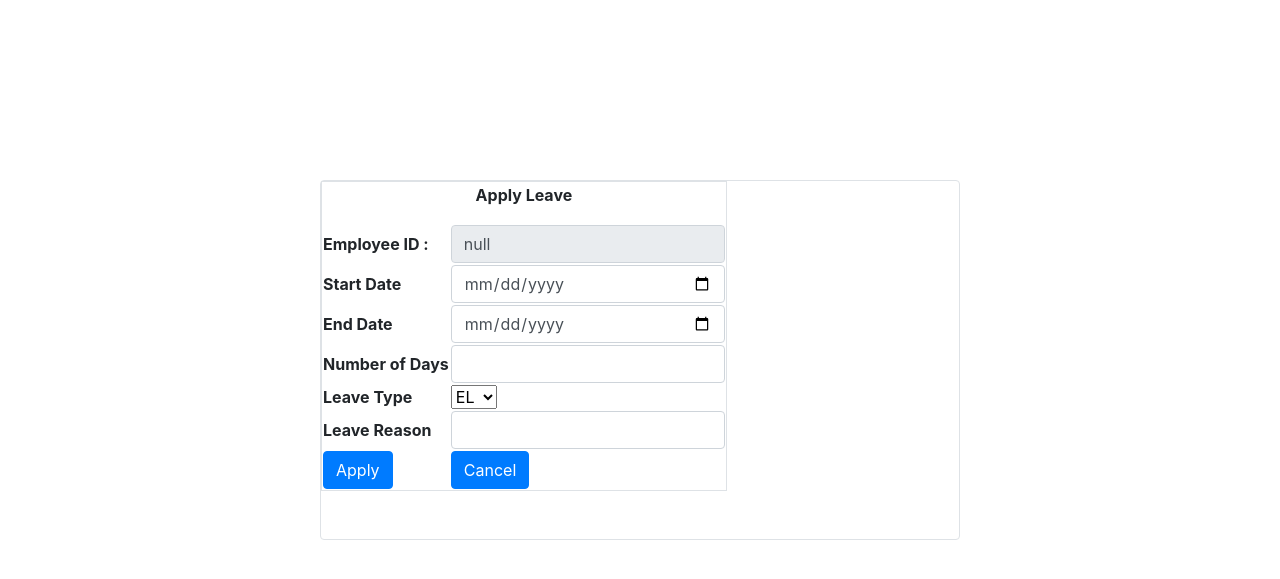
Repository: rkmr039/EMS_PROJECT
Page: http://localhost/EMS/ApplyLeaves.jsp
An editor plug-in stored every save of this project. The page is shown before and after the next save, followed by the edit.
The browser window is 1280 px wide. The pictures show the whole page.
The page is served by Tomcat 9. Other server files are loaded and not shown.

Above is the page before, as saved 2019-08-30 07:24:53.
Console error: TypeError: Cannot read properties of undefined (reading 'fn')

### EMS/WebContent/ApplyLeaves.jsp
<%@page import="com.hcl.ems.LeaveTypes"%>
<%@page import="java.text.DateFormat"%>
<%@page import="java.text.SimpleDateFormat"%>
<%@page import="java.util.Date"%>
<%@ page language="java" contentType="text/html; charset=ISO-8859-1"
    pageEncoding="ISO-8859-1"%>
<!DOCTYPE html PUBLIC "-//W3C//DTD HTML 4.01 Transitional//EN" "http://www.w3.org/TR/html4/loose.dtd">
<html>
<head>
<link rel="stylesheet" href="https://stackpath.bootstrapcdn.com/bootstrap/4.3.1/css/bootstrap.min.css" integrity="sha384-ggOyR0iXCbMQv3Xipma34MD+dH/1fQ784/j6cY/iJTQUOhcWr7x9JvoRxT2MZw1T" crossorigin="anonymous">
<script src="https://stackpath.bootstrapcdn.com/bootstrap/4.3.1/js/bootstrap.min.js" integrity="sha384-JjSmVgyd0p3pXB1rRibZUAYoIIy6OrQ6VrjIEaFf/nJGzIxFDsf4x0xIM+B07jRM" crossorigin="anonymous"></script>
<script >
function setEndDate(e){
	 var eDate = e.target.value;
	 eDateInput.min = eDate;
	}
function setNoDays(e){
	var d1 = eDateInput.value;
	var date1 = new Date(d1);
	var d2 = sDateInput.value;
	var date2 = new Date(d2);
	   var oneDay = 24 * 60 * 60 * 1000; // hours*minutes*seconds*milliseconds
       var diffDays = Math.abs((date1.getTime() - date2.getTime()) / (oneDay));
       // alert(diffDays);
      document.getElementById("noDays").value = diffDays+1;
}
</script>
<style>
#mainDiv{
	top:0;
	bottom:0;
	right:0;
	left:0;
	margin:auto;
	position:absolute;
}
</style>
<meta http-equiv="Content-Type" content="text/html; charset=ISO-8859-1">
<title>Apply leave | EMS</title>
</head>
<body>

	<div class="container border rounded w-50 h-50" id="mainDiv">
	<div class="row">


	<form method="get" action="Apply.jsp">

	<table class="border">
		<tr style="text-align:center">
			<th colspan="2"><p id="page">Apply Leave</p></th>
		</tr>
		<tr class="form-froup">
			<th>Employee ID :<th>
			<input type="text" readonly="readonly" class="form-control" value=<%=session.getAttribute("EMP_ID") %> name="empId"/>
		</tr>
	<%
		Date d = new Date();
		SimpleDateFormat sdf=new SimpleDateFormat("yyyy-MM-dd");
		String sDate = sdf.format(d);

	%>
		<tr class="form-froup">
			<th >Start Date</th>
			<td>
				<input type='date' name="startDate" class="form-control" id="sDateInput" min=<%=sDate%> required onchange="setEndDate(event);" />
            </td>
		</tr>
		<tr class="form-froup">
			<th>End Date</th>
			<td>
				<input type='date' name="endDate" class="form-control" id="eDateInput" required onchange="setNoDays(event);" />
            </td>
		</tr>

		<tr class="form-froup">
			<th>Number of Days</th>
			<td>
				<input type="text" name="noDays" class="form-control" id="noDays" required/>
			</td>
		</tr>
		<tr class="form-froup">

			<th>Leave Type</th>
			<td>
				<select name="type">
					<%
						int len = LeaveTypes.values().length;
						LeaveTypes[] ls = LeaveTypes.values();
						for(LeaveTypes type: ls) {
							out.println("<option class='form-control'>" + type.toString()+"</option>");
						}
					%>
				</select>
			</td>
		</tr>
		<tr class="form-froup">
			<th>Leave Reason</th>
			<td>
				<input type="text" class="form-control" name="reason"/ required>
			</td>
		</tr>
		<tr class="form-froup">
			<td><input class="btn btn-primary" type="submit" value="Apply" name="apply"/></td>
			<td><input class="btn btn-primary" type="reset" onClick="javascript:window.location.href='dashboard.jsp'" value="Cancel" name="cancel"/></td>
		</tr>
	</table>
	</form>
	</div>
	</div>

<script src="https://code.jquery.com/jquery-3.3.1.slim.min.js" integrity="sha384-q8i/X+965DzO0rT7abK41JStQIAqVgRVzpbzo5smXKp4YfRvH+8abtTE1Pi6jizo" crossorigin="anonymous"></script>
<script src="https://cdnjs.cloudflare.com/ajax/libs/popper.js/1.14.7/umd/popper.min.js" integrity="sha384-UO2eT0CpHqdSJQ6hJty5KVphtPhzWj9WO1clHTMGa3JDZwrnQq4sF86dIHNDz0W1" crossorigin="anonymous"></script>

</body>
</html>

### EMS/src/com/hcl/ems/LeaveTypes.java
package com.hcl.ems;

public enum LeaveTypes {
	EL,RH,CH
}

After the next save:
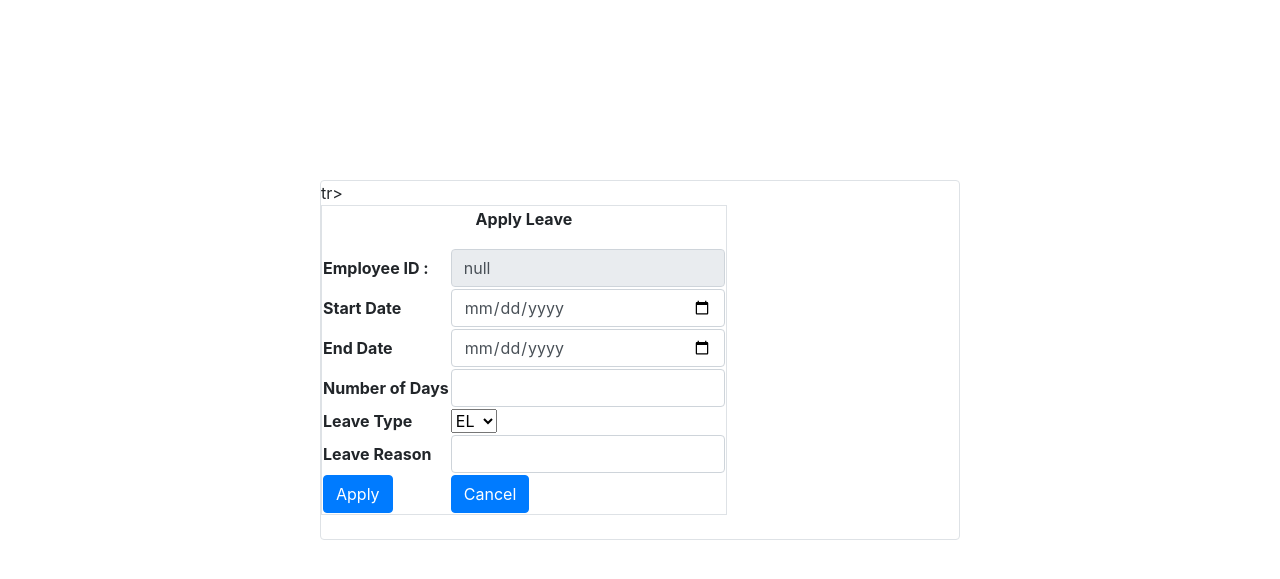
Saved 35 s later.
--- a/EMS/WebContent/ApplyLeaves.jsp
+++ b/EMS/WebContent/ApplyLeaves.jsp
@@ -104,6 +104,8 @@
 			<td><input class="btn btn-primary" type="submit" value="Apply" name="apply"/></td>
 			<td><input class="btn btn-primary" type="reset" onClick="javascript:window.location.href='dashboard.jsp'" value="Cancel" name="cancel"/></td>
 		</tr>
+		<tr>
+		</tr>tr>
 	</table>
 	</form>
 	</div>

After the save that followed:
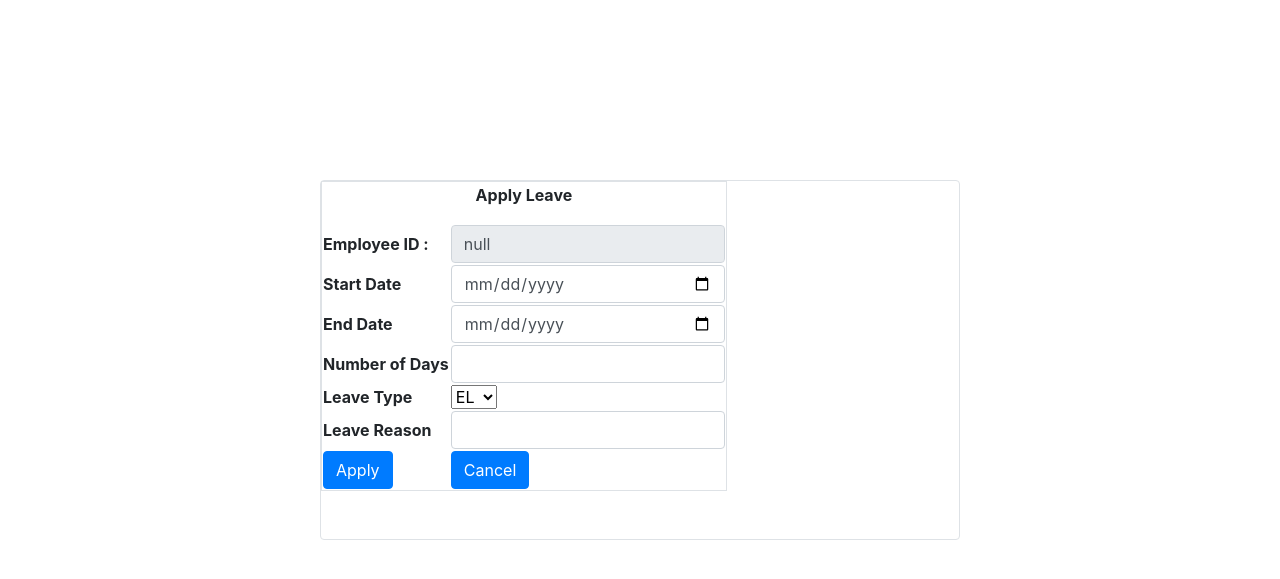
Saved 5 s later.
--- a/EMS/WebContent/ApplyLeaves.jsp
+++ b/EMS/WebContent/ApplyLeaves.jsp
@@ -105,7 +105,7 @@
 			<td><input class="btn btn-primary" type="reset" onClick="javascript:window.location.href='dashboard.jsp'" value="Cancel" name="cancel"/></td>
 		</tr>
 		<tr>
-		</tr>tr>
+		</tr></tr>
 	</table>
 	</form>
 	</div>
